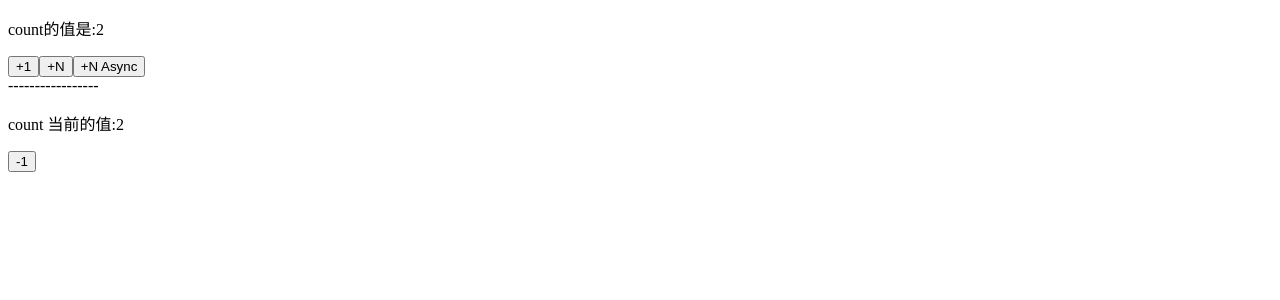
Repository: minika1020/miniprogram
Page: / (app in Desktop/vuex/vuex_demo/)
The author's editor kept a copy of each file at every save. The page is drawn from the files as they stood at one save, then again after the next save.
The browser window is 1280 px wide. The pictures show the whole page.
The project was rebuilt for these pictures with package versions that can differ from the ones it lists, and the page was loaded fresh each time.

Above is the page before, as saved 2021-03-18 12:49:24.

After the next save:
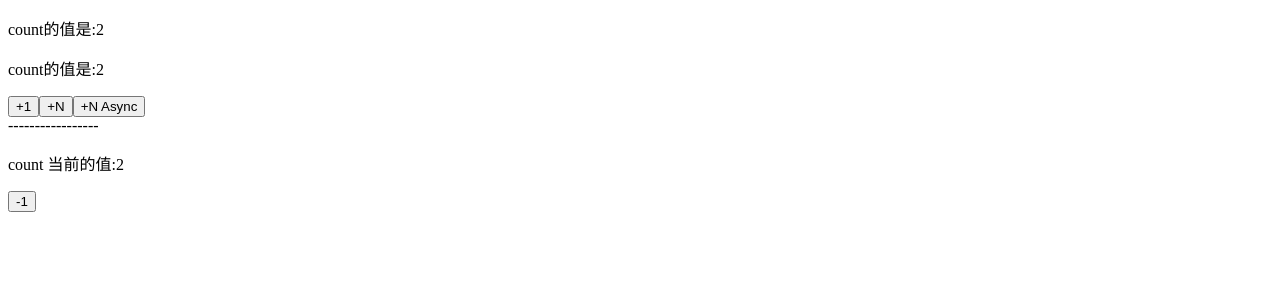
Saved 14 s later.
--- a/Desktop/vuex/vuex_demo/src/components/add.vue
+++ b/Desktop/vuex/vuex_demo/src/components/add.vue
@@ -3,6 +3,7 @@
     <!-- <p> count 当前的值:{{count}}</p> -->
     <!-- <p> count 当前的值:{{$store.state.count}}</p> -->
     <p> {{$store.getters.showNum}}</p>
+    <p> {{showNum}}</p>
 
     <button @click="btnhandle1">+1</button>
     <button @click="btnhandle2">+N</button>
@@ -15,7 +16,7 @@
 import { mapState } from 'vuex'
 import { mapMutations } from 'vuex'
 import { mapActions } from 'vuex'
-// import { mapGetters } from 'vuex'
+import { mapGetters } from 'vuex'
 export default {
   methods: {
     ...mapMutations(['addN']),
@@ -37,7 +38,7 @@
   },
   computed: {
     ...mapState(['count']),
-    // ...mapGetters(['showNum'])
+    ...mapGetters(['showNum'])
   }
 }
 </script>

After the save that followed:
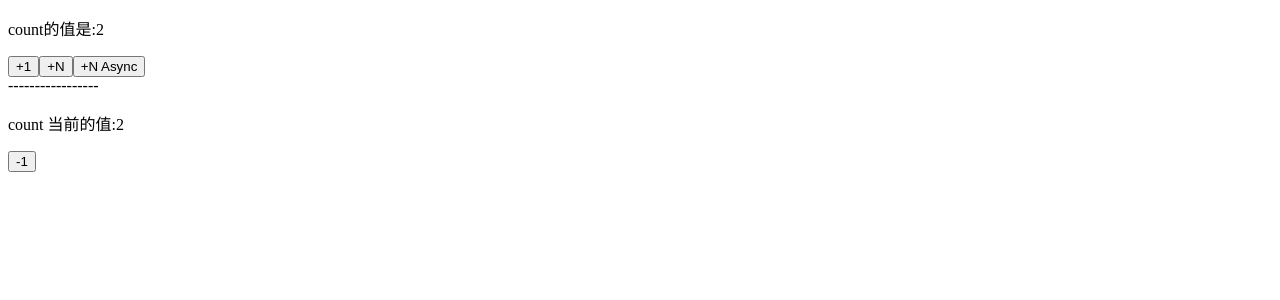
Saved 4 s later.
--- a/Desktop/vuex/vuex_demo/src/components/add.vue
+++ b/Desktop/vuex/vuex_demo/src/components/add.vue
@@ -2,7 +2,7 @@
   <div>
     <!-- <p> count 当前的值:{{count}}</p> -->
     <!-- <p> count 当前的值:{{$store.state.count}}</p> -->
-    <p> {{$store.getters.showNum}}</p>
+    <!-- <p> {{$store.getters.showNum}}</p> -->
     <p> {{showNum}}</p>
 
     <button @click="btnhandle1">+1</button>
